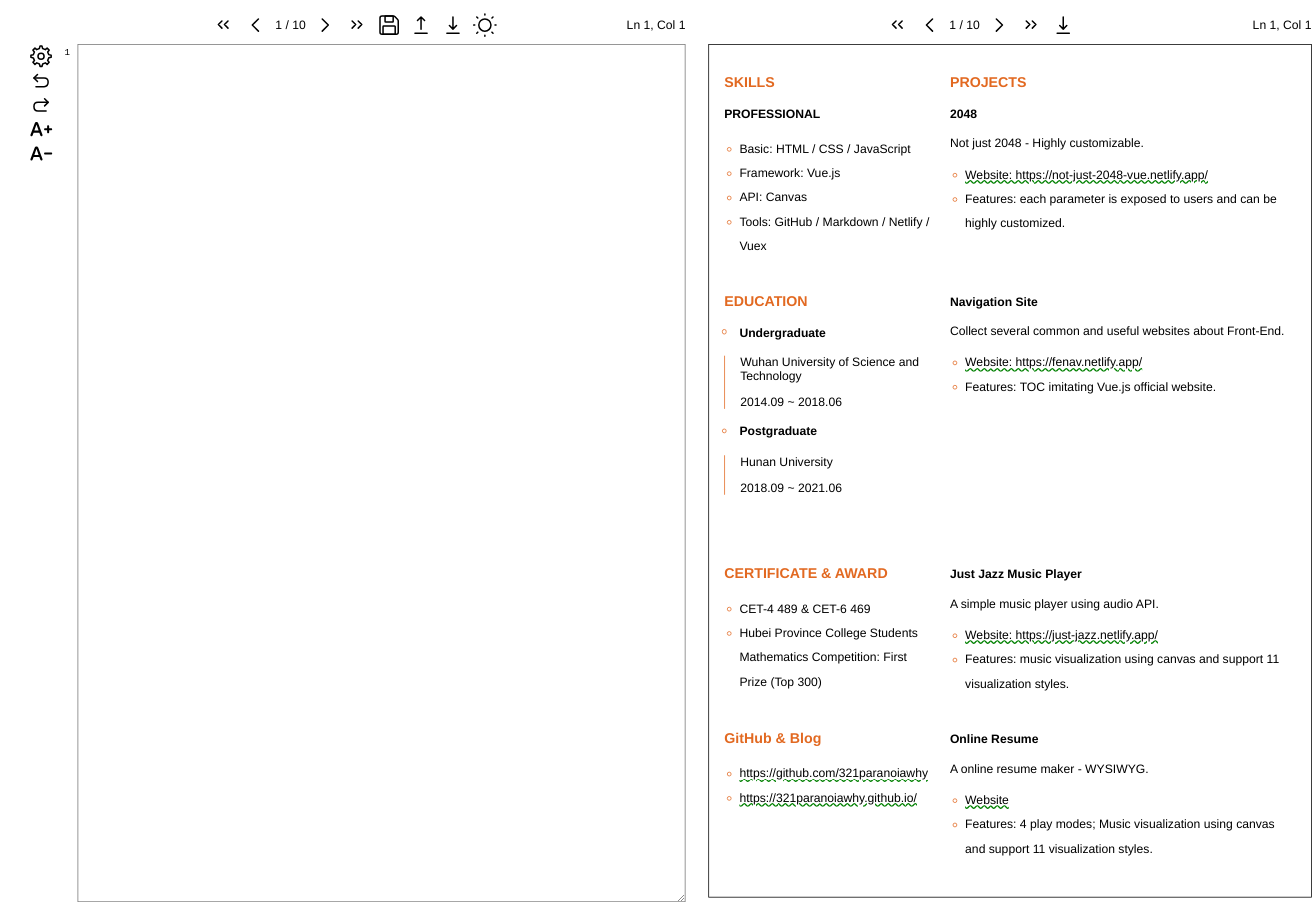
Repository: 321paranoiawhy/online-resume
Page: /
These files come from the project's save history. The page is drawn as it stood at one moment and after the next save; the edit follows.
The browser window is 1280 px wide. The page is 1726 px wide, so the pictures cover 1726 px, including what lies to the right of the window. The pictures show the whole page, at 76% of full size.
The project was rebuilt for these pictures with package versions that can differ from the ones it lists, and the page was loaded fresh each time. Also part of the build but not shown: vue.config.js, src/components/Header.vue, src/components/Introduction.vue, src/components/Footer.vue.

Above is the page before, as saved 2022-06-08 17:47:13.

### src/App.vue
<template>
    <router-view />
</template>

<style lang="scss">
html,
body,
#app {
    height: 100%;
}
#app {
    font-family: Avenir, Helvetica, Arial, sans-serif;
    -webkit-font-smoothing: antialiased;
    -moz-osx-font-smoothing: grayscale;
    text-align: center;
    // color: #2c3e50;
}
</style>

### src/css/common.css
:root {
    --A4-width: 210mm;
    --A4-height: 297mm;
    /* CSS 全局变量, 任何地方均可通过 var() 访问变量值 */
    --base: 12;
    /* 基于 --base 计算 --font-size-small 和 --line-height-small */
    /* 参考链接: https://www.ruanyifeng.com/blog/2017/05/css-variables.html */
    --font-size-small: calc(var(--base) * 1px);
    --line-height-small: calc(var(--base) * 1.5px);
    /* 字符间距 */
    --letter-spacing: 0.05em;
}
textarea.left-textarea {
    width: var(--A4-width); /* 210 * 96 / 25.4 = 793.7 px */
    height: var(--A4-height); /* 297 * 96 / 25.4 = 1122.52 px */
    /* 字体大小 */
    font-size: var(--font-size-small);
    /* 行高 */
    line-height: var(--line-height-small);
    /* 字符间距 */
    letter-spacing: var(--letter-spacing);
    /* 统一各浏览器下 textarea 盒模型 */
    margin: 0;
    border-width: 1px;
    padding: 2px;
}
div.right-output {
    /* 1 in = 25.4 mm = 96 px */
    width: var(--A4-width); /* 210 * 96 / 25.4 = 793.7 px */
    height: var(--A4-height); /* 297 * 96 / 25.4 = 1122.52 px */
    margin: 0;
    border: 1px solid red;
    padding: 2px;
    /* & .name {
        border: 1px solid blue;
    } */
}
img {
    width: 32px;
    height: 32px;
    cursor: pointer;
}

### src/views/HomeView.vue
<template>
    <!-- <TopHeader></TopHeader> -->
    <!-- <Introduction></Introduction> -->
    <div class="main-flex">
        <LeftInput class="left-input"></LeftInput>
        <RightOutput></RightOutput>
    </div>
    <!-- <BottomFooter></BottomFooter> -->
</template>

<script>
// @ is an alias to /src
import TopHeader from "@/components/Header.vue";
import Introduction from "@/components/Introduction.vue";
import LeftInput from "@/components/LeftInput.vue";
import RightOutput from "@/components/RightOutput.vue";
import BottomFooter from "@/components/Footer.vue";

// 功能拆解
// 下载源码和渲染结果文件(HTML&CSS, PDF, DOCX), 使用 Pandoc
// LaTeX 语法支持 (引入 MathJax)
// JavaScript 实现 解析
// common.css 负责特定样式
// 切换主题或者切换模板
// 主题 白天 黑夜
// 模板 暂定唯一模板 后续定制更多模板 (寻找优雅的 resume 模板)
// autosave
// localstorage
// 左侧应有快速插入标记, 如 name
export default {
    name: "HomeView",
    components: {
        TopHeader,
        Introduction,
        LeftInput,
        RightOutput,
        BottomFooter,
    },
};
</script>

<style scoped lang="scss">
div.main-flex {
    display: flex;
    width: fit-content;
    & .left-input {
        margin-left: 30px;
        margin-right: 30px;
    }
}
</style>

### src/components/RightOutput.vue
<template>
    <div class="right-output-flex-column">
        <div class="top-flex">
            <div class="center">
                <img
                    v-for="(item, index) in rightOutputImage.slice(0, 2)"
                    :key="index"
                    :src="require('../assets/images/' + item.img_src + '.svg')"
                    :alt="item.img_src"
                    @click="Fn(item.function)"
                />
                <p>{{ currentOutputPage }} / {{ totalOutputPage }}</p>
                <img
                    v-for="(item, index) in rightOutputImage.slice(2)"
                    :key="index"
                    :src="require('../assets/images/' + item.img_src + '.svg')"
                    :alt="item.img_src"
                    @click="Fn(item.function)"
                />
            </div>
            <!-- 快速跳转至某行某列 (默认当前页) -->
            <p @click="gotoLnAndCol">Ln 1, Col 1</p>
        </div>
        <!-- <div class="right-output" ref="output"></div> -->
        <testTemplate></testTemplate>
    </div>
</template>

<script>
import rightOutputImage from "/public/data/rightOutputImage.json";
import testTemplate from "./testTemplate.vue";

import { onMounted, ref, watch } from "@vue/runtime-core";
import { useStore } from "vuex";

export default {
    name: "RightOutput",
    components: {
        testTemplate,
    },
    setup() {
        let currentOutputPage = ref(1);
        let totalOutputPage = ref(10);
        const store = useStore();
        let output = ref(null);
        // 思路一: 根据左边输入栏实时输出至右边, 并设置相应的样式
        // 思路二: 默认右边已有示例模板, 左边输入栏实时输入右边输出栏实时更新替换
        // 思路二更优: 用户可预览, 页面须有提示或者有帮助文档 F1 查看 各块对应语法 syntax
        onMounted(() => {
            // output.value.value = computed(() => {
            //     console.log(store.state.compiledHTML);
            //     return store.state.compiledHTML;
            // });
            // output.value.innerHTML = store.state.compiledHTML;
        });
        watch(
            () => store.state.compiledHTML,
            () => {
                output.value.innerHTML = store.state.compiledHTML;
                // 设置 CSS 样式
            }
        );
        return {
            rightOutputImage,
            currentOutputPage,
            totalOutputPage,
            output,
        };
    },
};
</script>

<style scoped lang="scss">
.right-output-flex-column {
    display: flex;
    flex-direction: column;
    & div.top-flex {
        display: flex;
        width: 210mm;
        margin-left: auto;
        justify-content: center;
        & div.center {
            flex-grow: 1;
            display: flex;
            justify-content: center;
            align-items: center;
            gap: 10px;
        }
    }
}
</style>

### src/components/Sidebar.vue
<template>
    <div class="sidebar-flex-column">
        <img
            v-for="(item, index) in sidebarImage"
            :key="index"
            :src="require('../assets/images/' + item.img_src + '.svg')"
            :alt="item.img_src"
            @click="Fn(item.function)"
        />
    </div>
</template>

<script>
// 引入图片 json 数据文件
import sidebarImage from "/public/data/sidebarImage.json";

export default {
    name: "Sidebar",
    setup() {
        // 当前 base
        let currentBase = 12;
        // Fn: 根据入参执行相应函数
        let Fn = (parameter) => {
            switch (parameter) {
                case "set":
                    break;
                // 撤销 TODO(有限次 or 无限次)
                case "undo":
                    break;
                // 重做 TODO
                case "redo":
                    break;
                // 每次 --base +2
                case "textIncrease":
                    // 最大值: 24 (2*12)
                    if (currentBase === 24) {
                        return;
                    }
                    // 修改 root --base (可同步修改 --font-size-small,--line-height-small)
                    document.documentElement.style.setProperty(
                        "--base",
                        `${currentBase + 2}`
                    );
                    // 更新 currentBase
                    currentBase += 2;
                    break;
                // 每次 --base -2
                case "textDecrease":
                    // 最小值: 8
                    if (currentBase === 8) {
                        return;
                    }
                    document.documentElement.style.setProperty(
                        "--base",
                        `${currentBase - 2}`
                    );
                    // 更新 currentBase
                    currentBase -= 2;
                    break;
                default:
                    break;
            }
        };
        return {
            sidebarImage,
            currentBase,
            Fn,
        };
    },
};
</script>

<style scoped lang="scss">
.sidebar-flex-column {
    display: flex;
    flex-direction: column;
    width: fit-content;
    height: fit-content;
}
</style>

### src/components/testTemplate.vue
<template>
    <div class="grid">
        <div>
            <h3>SKILLS</h3>
            <h4>PROFESSIONAL</h4>
            <ul>
                <li>Basic: HTML / CSS / JavaScript</li>
                <li>Framework: Vue.js</li>
                <li>API: Canvas</li>
                <li>Tools: GitHub / Markdown / Netlify / Vuex</li>
            </ul>
        </div>
        <div>
            <h3>PROJECTS</h3>
            <h4>2048</h4>
            <p>Not just 2048 - Highly customizable.</p>
            <ul>
                <li>
                    <a href="https://not-just-2048-vue.netlify.app/"
                        >Website: https://not-just-2048-vue.netlify.app/</a
                    >
                </li>
                <li>
                    Features: each parameter is exposed to users and can be
                    highly customized.
                </li>
            </ul>
        </div>
        <div>
            <h3>EDUCATION</h3>
            <h4 class="disc">Undergraduate</h4>
            <div class="border">
                <p>Wuhan University of Science and Technology</p>
                <p>2014.09 ~ 2018.06</p>
            </div>
            <h4 class="disc">Postgraduate</h4>
            <div class="border">
                <p>Hunan University</p>
                <p>2018.09 ~ 2021.06</p>
            </div>
        </div>
        <div>
            <h4>Navigation Site</h4>
            <p>Collect several common and useful websites about Front-End.</p>
            <ul>
                <li>
                    <a href="https://fenav.netlify.app/"
                        >Website: https://fenav.netlify.app/</a
                    >
                </li>
                <li>Features: TOC imitating Vue.js official website.</li>
            </ul>
        </div>
        <div>
            <h3>CERTIFICATE & AWARD</h3>
            <ul>
                <li>CET-4 489 & CET-6 469</li>
                <li>
                    Hubei Province College Students Mathematics Competition:
                    First Prize (Top 300)
                </li>
            </ul>
        </div>
        <div>
            <h4>Just Jazz Music Player</h4>
            <p>A simple music player using audio API.</p>
            <ul>
                <li>
                    <a href="https://just-jazz.netlify.app/"
                        >Website: https://just-jazz.netlify.app/</a
                    >
                </li>
                <li>
                    Features: music visualization using canvas and support 11
                    visualization styles.
                </li>
            </ul>
        </div>
        <div>
            <h3>GitHub & Blog</h3>
            <ul>
                <li>
                    <a href="https://github.com/321paranoiawhy"
                        >https://github.com/321paranoiawhy</a
                    >
                </li>
                <li>
                    <a href="https://321paranoiawhy.github.io/"
                        >https://321paranoiawhy.github.io/</a
                    >
                </li>
            </ul>
        </div>
        <div>
            <h4>Online Resume</h4>
            <p>A online resume maker - WYSIWYG.</p>
            <ul>
                <li>
                    <a href="https://just-jazz.netlify.app/">Website</a>
                </li>
                <li>
                    Features: 4 play modes; Music visualization using canvas and
                    support 11 visualization styles.
                </li>
            </ul>
        </div>
    </div>
</template>

<script>
export default {
    name: "testTemplate",
    setup() {
        return {};
    },
};
</script>

<style scoped lang="scss">
// @import url("https://fonts.googleapis.com/css2?family=Cormorant+Garamond:wght@500&display=swap");
$margin-left: 20px;
div.grid {
    display: grid;
    grid-template-columns: 0.618fr 1fr;
    // grid-template-rows: auto;
    column-gap: 1rem;
    width: var(--A4-width);
    height: var(--A4-height);
    // background-color: #e6e6e6;
    text-align: left;
    // border-box
    box-sizing: border-box;
    // 内边距
    padding: 20px;
    border: 1px solid;
    & ul {
        padding: 0 0 0 $margin-left;
        margin: 0;
        list-style-type: circle;
        & li {
            & img {
                width: 24px;
                height: 24px;
                vertical-align: middle;
                margin-right: 5px;
            }
            height: 2rem;
            line-height: 2rem;
        }
    }
    & ul li::marker {
        color: #e26921;
    }
    & h3 {
        color: #e26921;
    }
    & h4.disc {
        position: relative;
        margin-left: $margin-left;
        &::before {
            position: absolute;
            content: " ";
            left: -23.2px;
            top: 25%;
            width: 4.4px;
            height: 4.4px;
            border: 1px solid #e26921;
            border-radius: 50%;
        }
    }
    & a {
        text-decoration: green wavy underline;
        color: inherit;
        // font-family: "Cormorant Garamond", serif;
    }
    & div.border {
        border-left: 1px solid #e26921;
        & p {
            margin-left: $margin-left;
        }
    }
}
</style>

Loaded but not shown: public/index.html (common file); src/router/index.js (common file); public/data/leftInputImage.json (30 lines, source omitted); public/data/rightOutputImage.json (22 lines, source omitted); public/data/sidebarImage.json (22 lines, source omitted); src/store/index.js (34 lines, source omitted); src/main.js (8 lines, source omitted); src/components/LeftInput.vue (291 lines, source omitted)

After the next save:
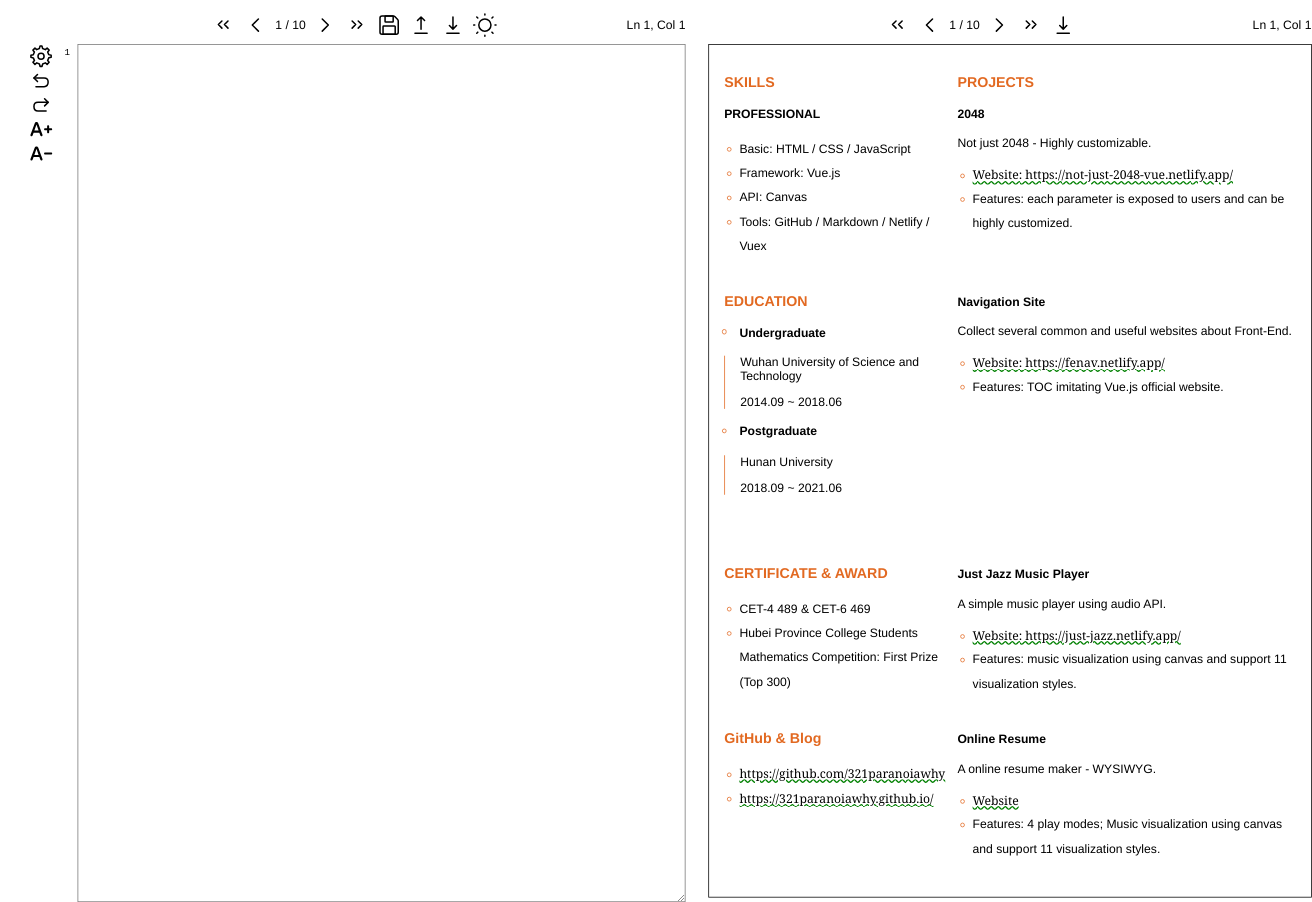
Saved 2 min 56 s later.
--- a/src/components/testTemplate.vue
+++ b/src/components/testTemplate.vue
@@ -171,6 +171,7 @@ div.grid {
     & a {
         text-decoration: green wavy underline;
         color: inherit;
+        font-family: Cambria;
         // font-family: "Cormorant Garamond", serif;
     }
     & div.border {
